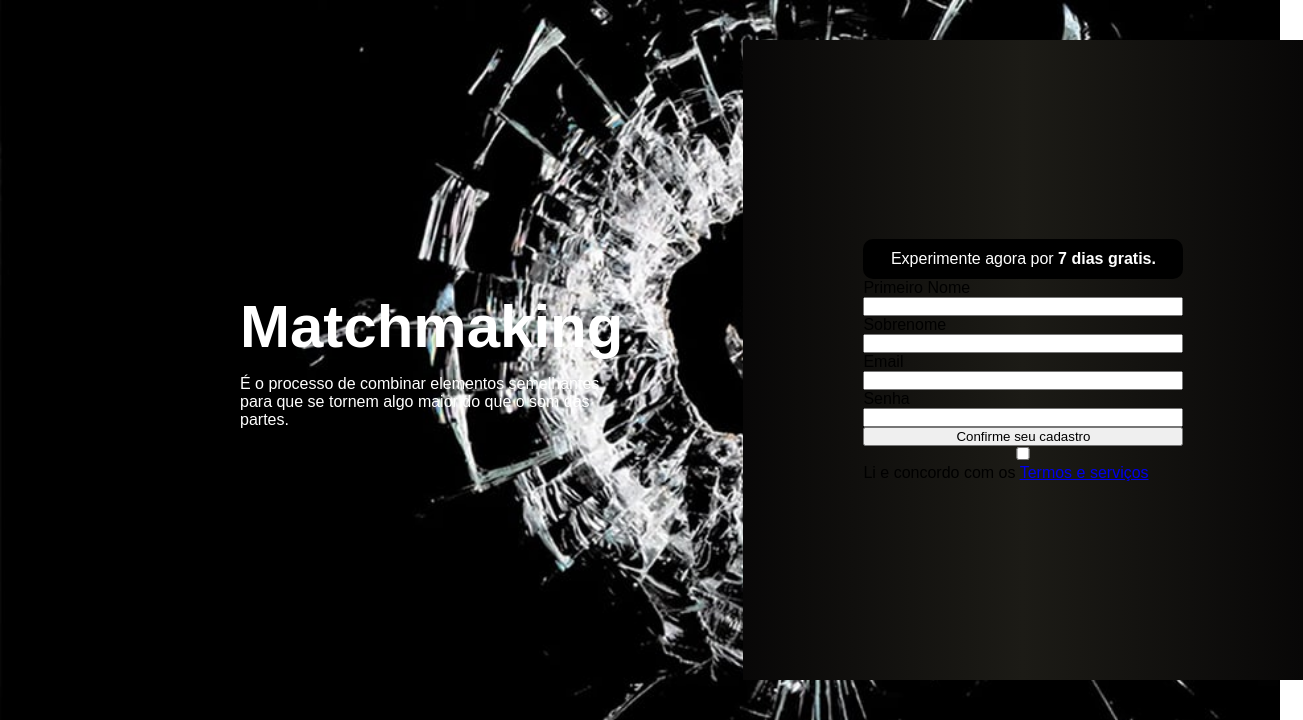
Repository: analessp/tela-login
Page: index.html
The author's editor kept a copy of each file at every save. The page is drawn from the files as they stood at one save, then again after the next save.
The browser window is 1280 px wide. The page is 1303 px wide, then 1280 px, so the pictures cover 1303 px, including what lies to the right of the window. The pictures show the whole page.
Some web fonts or font styles are not loaded; a fallback is used.

Above is the page before, as saved 2025-04-16 10:54:54.

### index.html
<!DOCTYPE html>
<html lang="pt-br">
  <head>
    <meta charset="UTF-8" />
    <meta name="viewport" content="width=device-width, initial-scale=1.0" />
    <title>Tela de Login</title>
    <link rel="stylesheet" href="style.css" />
    <link rel="preconnect" href="https://fonts.googleapis.com" />
    <link rel="preconnect" href="https://fonts.gstatic.com" crossorigin />
    <link href="https://fonts.googleapis.com/css2?family=Nunito:ital,wght@0,200..1000;1,200..1000&family=Special+Gothic&display=swap" rel="stylesheet" />
  </head>
  <body>
    <main>
      <div class="container-left">
        <h1>Matchmaking</h1>
        <p>É o processo de combinar elementos semelhantes para que se tornem algo maior do que o som das partes.</p>
      </div>
      <div class="container-right">
        <a href="#" class="teste-gratis">
          <p>Experimente agora por <b>7 dias gratis.</b></p>
        </a>
        <div class="forms">
          <form>

            <div>
              <label for="name">
                <p>Primeiro Nome</p>
                <input id="name" type="text" />
              </label>
            </div>

            <div>
                <label for="lastname">
                    <p>Sobrenome</p>
                    <input id="lastname" type="text" />
                </label>
            </div>

            <div>
                <label for="email">
                    <p>Email</p>
                    <input id="email" type="email" />
                </label>
            </div>

            <div>
                <label for="password">
                    <p>Senha</p>
                    <input id="password" type="password" />
                </label>
            </div>

            <button type="submit">
                <p>Confirme seu cadastro</p>
            </button>
            <div>
                <input type="checkbox">
                <p>
                    Li e concordo com os <a href="#">Termos e serviços</a>
                </p>
            </div>
          </form>
        </div>
      </div>
    </main>
  </body>
</html>

### style.css
* {
    margin: 0;
    padding: 0;
    box-sizing: border-box;
    width: 100%;
    font-family: "Special Gothic", sans-serif;
}

main {
    display: flex;
    background-image: url("./assets/background.jpg");
    background-repeat: no-repeat center center;
    background-size: cover;
    display: flex;
    height: 100vh;
    z-index: 0;
    padding: 40px 120px;
}

&::after {
    content: "";
    background: #1e130c;
    position: absolute;
    top: 0;
    left: 0;
    opacity: 0.9;
    width: 100%;
    height: 100%;
    z-index: -1;
}

.container-left {
    color: white;
    display: flex;
    justify-content: center;
    flex-direction: column;
    padding: 40px 120px;
    gap: 14px;
}

.container-left h1 {
    font-size: 60px;

    &:hover::after{
        cursor: pointer;
        content: "";
        position: absolute;
        bottom: 350px;
        left: 120px;
        background-color: #d0d0d0;
        height: 4px;
        width: 420px;
        transition-duration: 800ms;
        animation-name: left-to-right;
        animation-duration: 620ms;
        animation-iteration-count: 1;
        }
}

.container-right {
    background: #080707;
    background: linear-gradient(90deg, rgba(8, 7, 7, 1) 0%, rgba(28, 27, 22, 1) 50%, rgba(8, 7, 7, 1) 100%);
    display: flex;
    flex-direction: column;
    justify-content: center;
    padding: 40px 120px;
}

.teste-gratis {
    display: flex;
    justify-content: center;
    align-items: center;
    width: 320px;
    height: 40px;
    background-color: black;
    text-decoration: none;
    color: white;
    border-radius: 10px;
}

.teste-gratis p{
text-align: center;
}

@keyframes left-to-right {
0% {
    width: 0;
}
100% {
    width: 400px;
}
}

After the next save:
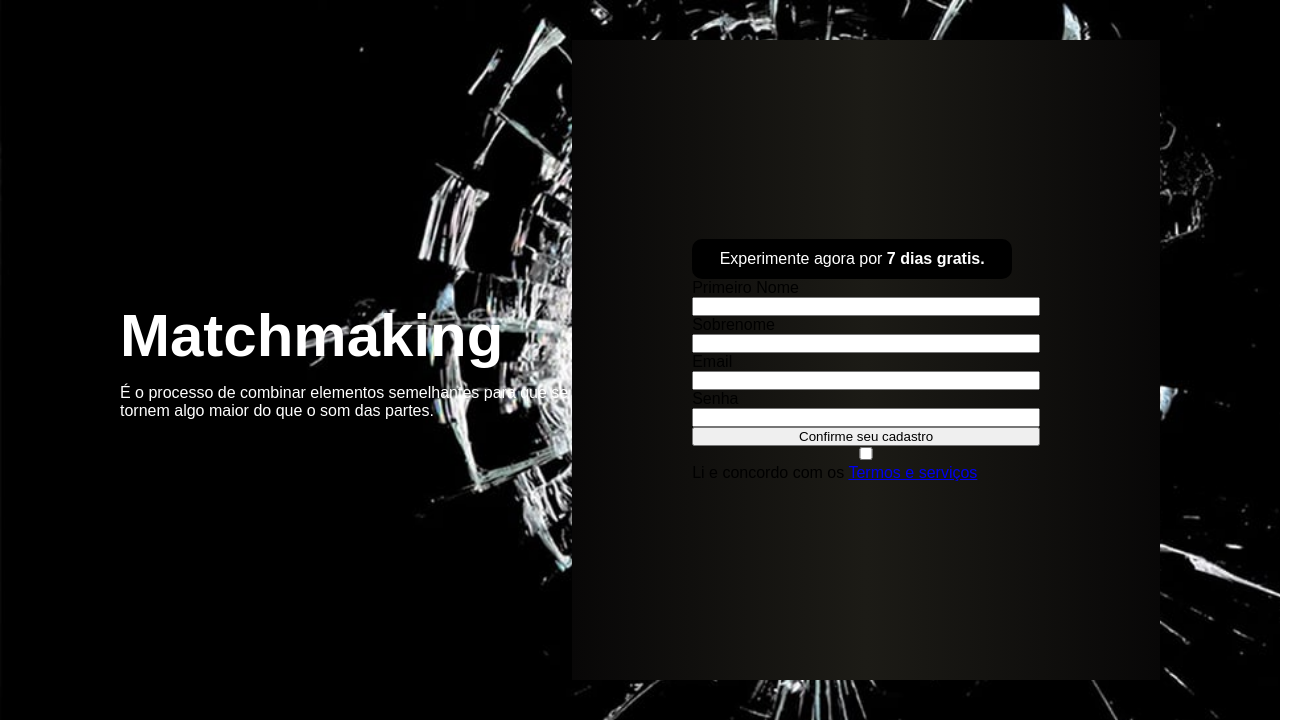
Saved 20 s later.
--- a/style.css
+++ b/style.css
@@ -34,7 +34,6 @@ main {
     display: flex;
     justify-content: center;
     flex-direction: column;
-    padding: 40px 120px;
     gap: 14px;
 }
 
